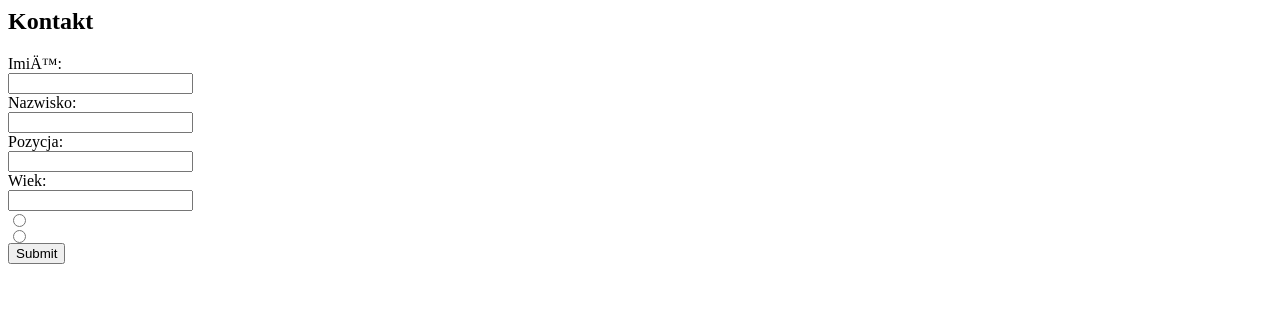
Repository: RafalSl/Java-Spring-Bootcamp-Excercises
Page: http://localhost/FirstPackage/contact
An editor plug-in stored every save of this project. The page is shown before and after the next save, followed by the edit.
The browser window is 1280 px wide. The pictures show the whole page.
The page is served by Tomcat 9.

Above is the page before, as saved 2017-06-07 14:39:17.

After the next save:
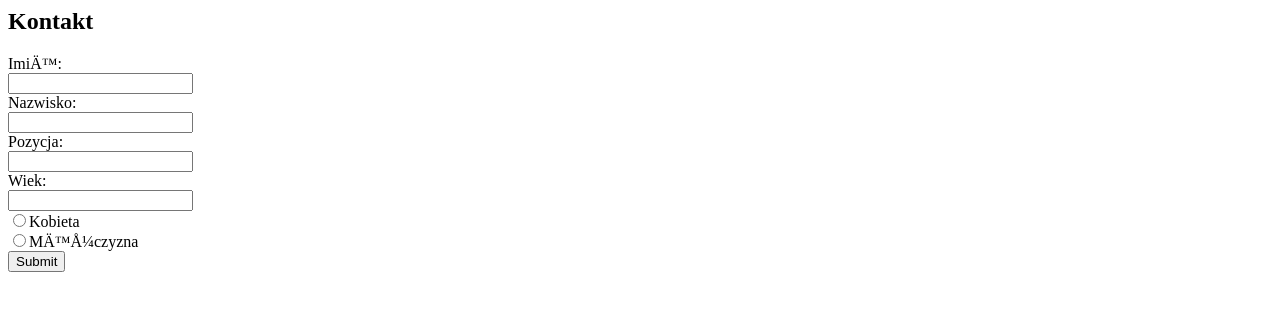
Saved 92 s later.
--- a/FirstPackage/src/main/webapp/WEB-INF/views/contact.jsp
+++ b/FirstPackage/src/main/webapp/WEB-INF/views/contact.jsp
@@ -10,8 +10,8 @@ Pozycja:<br>
 <input type="text"><br>
 Wiek:<br>
 <input type="text"><br>
-<input type="radio" name="plec" value="Kobieta"><br>
-<input type="radio" name="plec" value="Mężczyzna"><br>
+<input type="radio" name="plec" value="Kobieta">Kobieta<br>
+<input type="radio" name="plec" value="Mężczyzna">Mężczyzna<br>
 <input type="submit">
 </form>
 
